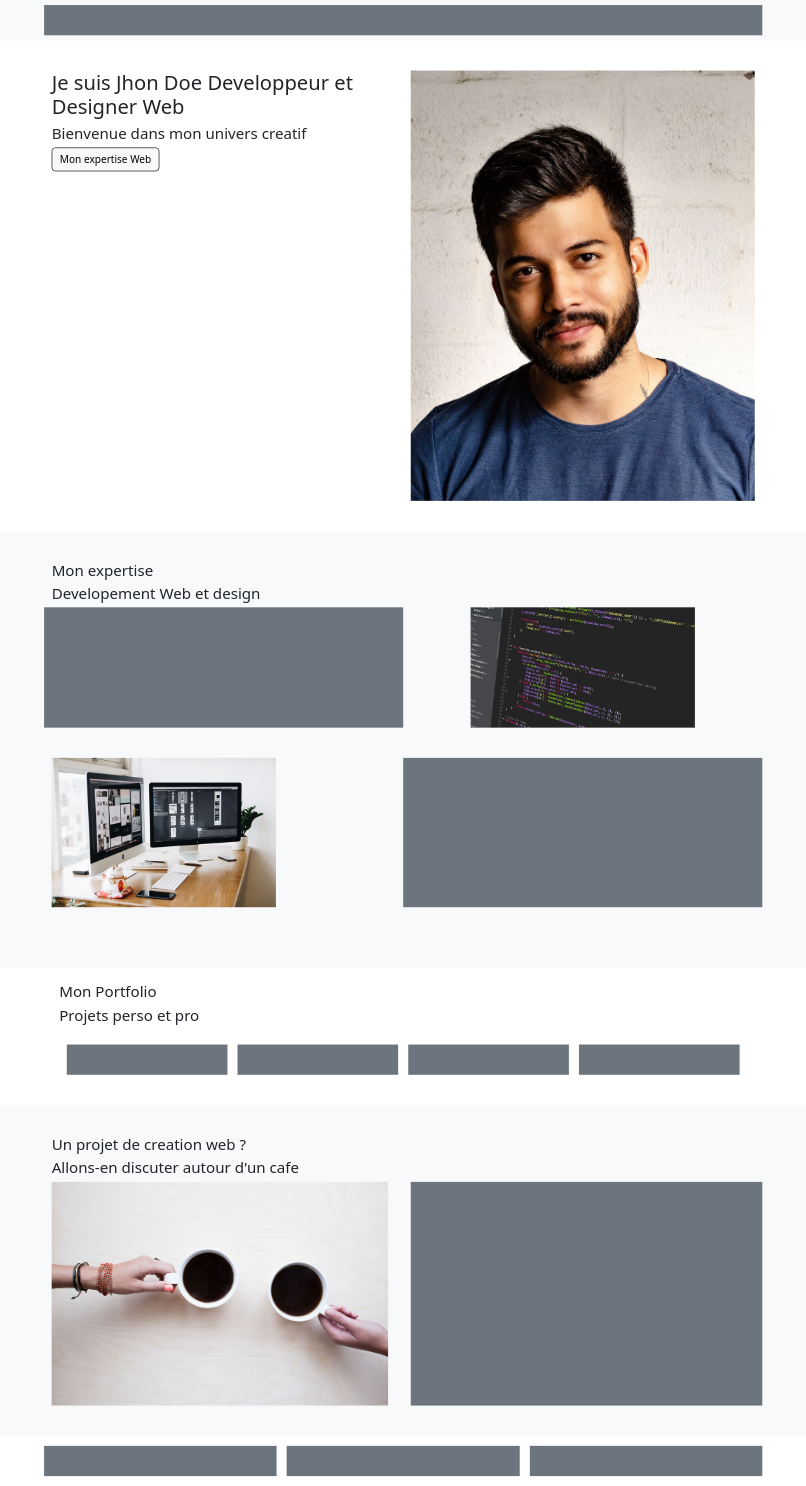
Repository: wadelfadill/Bootstrap_tache_1_portfolio
Page: index.html
The author's editor kept a copy of each file at every save. The page is drawn from the files as they stood at one save, then again after the next save.
The browser window is 1280 px wide. The pictures show the whole page, at 63% of full size.

Above is the page before, as saved 2023-03-28 10:19:15.

After the next save:
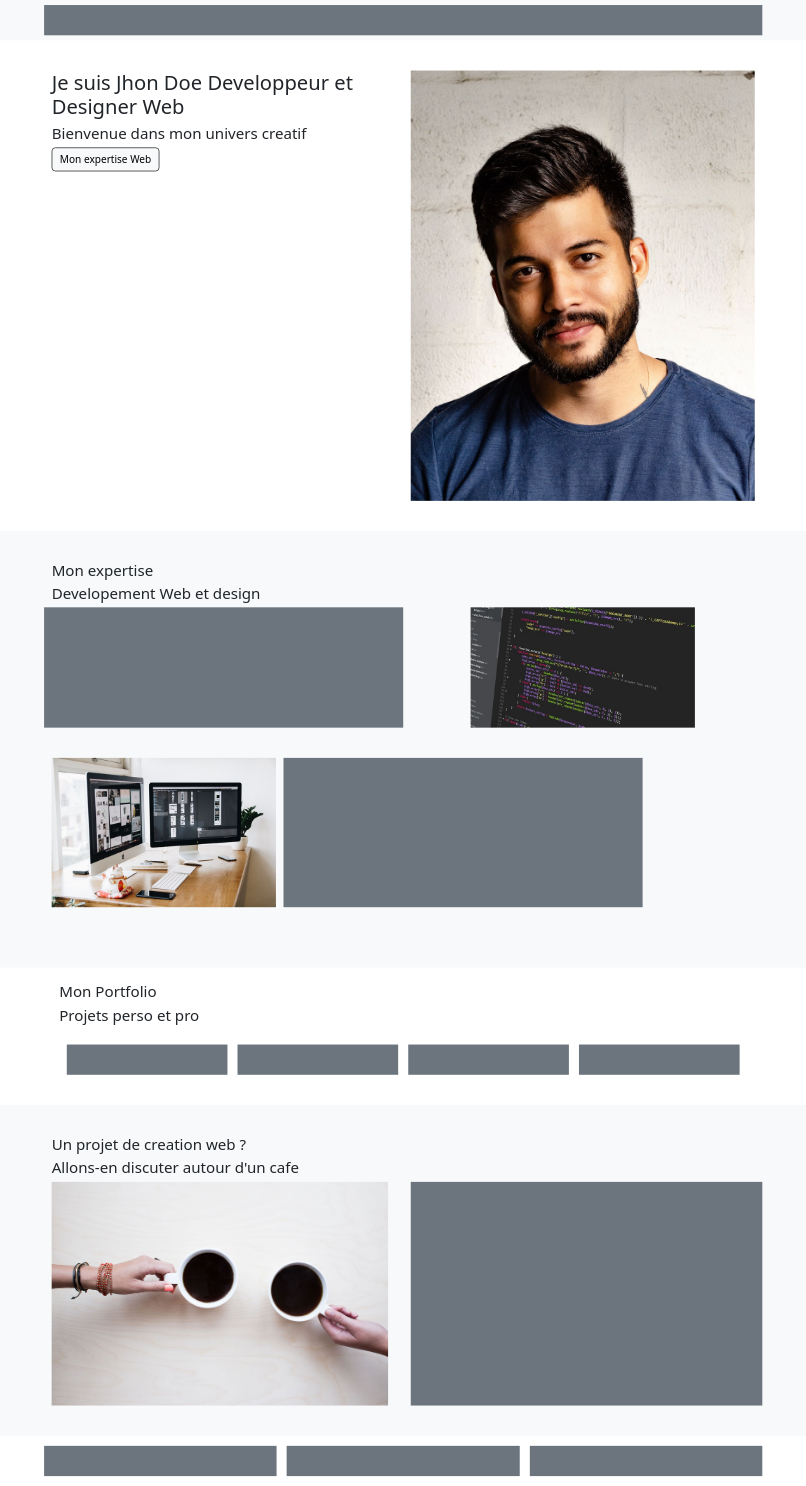
Saved 7 s later.
--- a/index.html
+++ b/index.html
@@ -49,7 +49,6 @@
                     <div class="col-4">
                         <img src="img/design.jpg" alt="" class="w-100">
                     </div>
-                    <div class="col-1 offset-1"></div>
                     <div class="col-6 bg-secondary">
 
                     </div>
